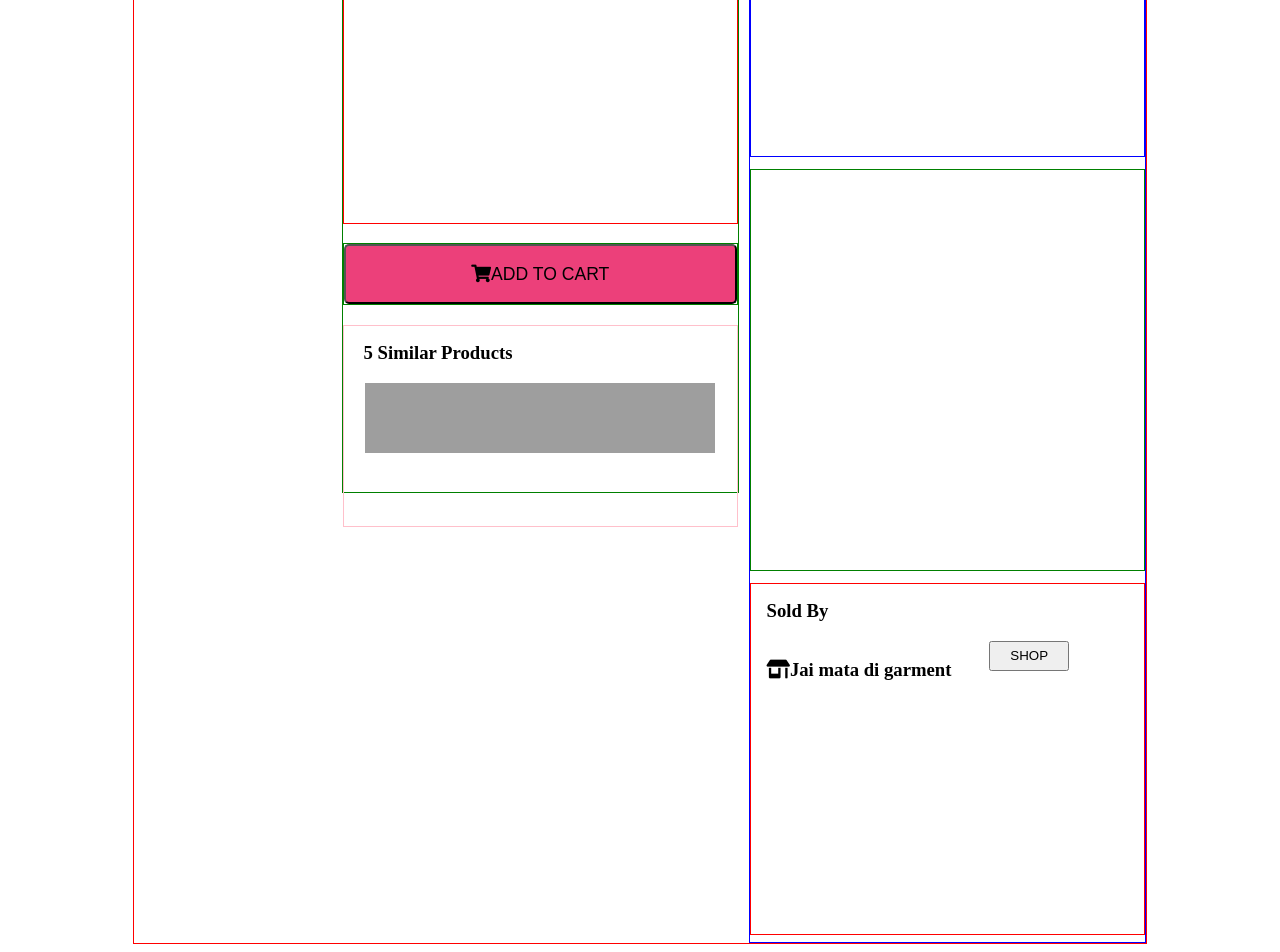
Repository: deepakxxxx/meesho
Page: catelog.html
These files come from the project's save history. The page is drawn as it stood at one moment and after a run of saves; the edit follows.
The browser window is 1280 px wide. The pictures show the part of the page from y = 419 to 1371 px (the page is 1371 px tall).
Pictures or frames that could not be fetched are drawn as grey boxes. A picture or video elsewhere on the page could not be fetched, so the positions and the page height are approximate.

Above is the page before, as saved 2021-11-06 17:44:46.

After the next 2 saves:
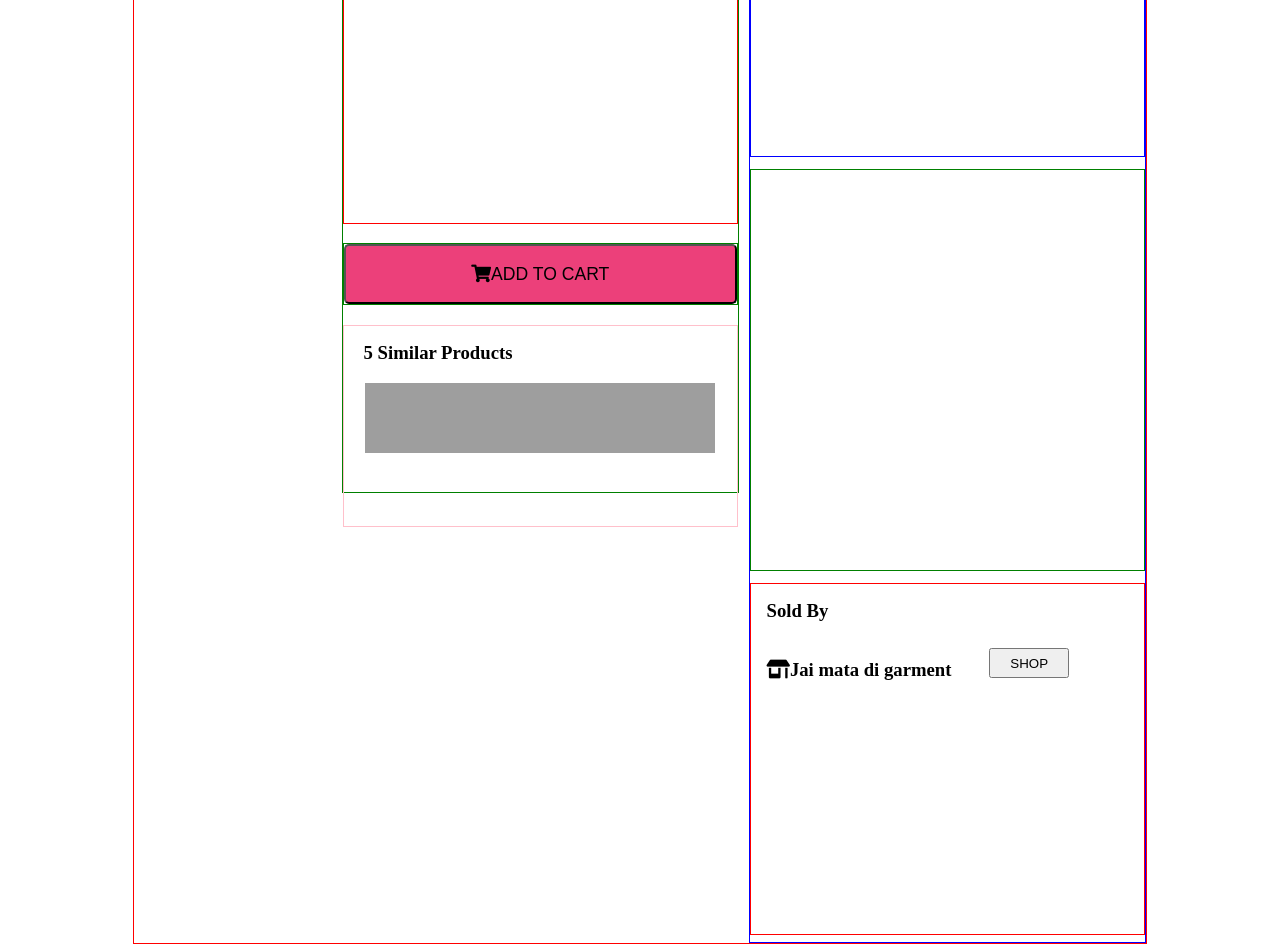
The 2 saves are shown as one change because they came seconds apart.
The last was saved 10 s later.
--- a/catelog.html
+++ b/catelog.html
@@ -224,6 +224,7 @@
     #sho > button{
         width: 80px;
         height: 30px;
+        margin-top: 2%;
     }
 </style>
 <body>
